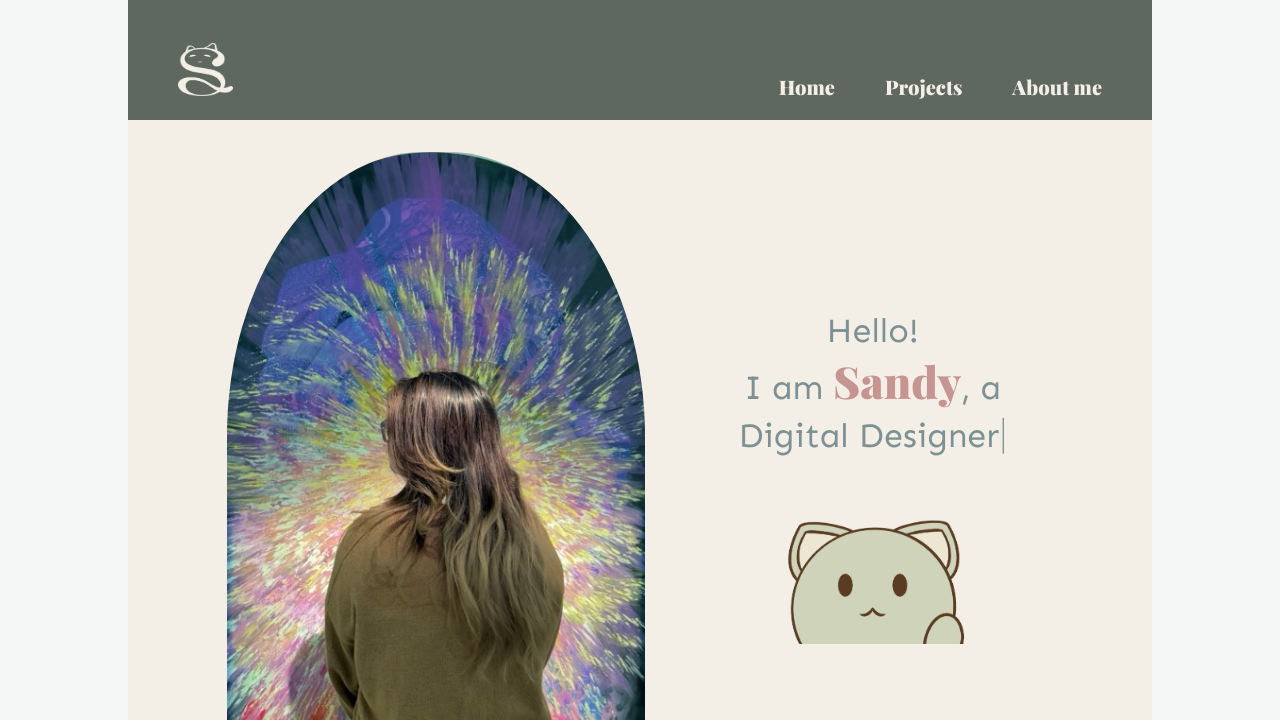
Repository: SandyLy453/portfolio
Page: /
These files come from the project's save history. The page is drawn as it stood at one moment and after the next save; the edit follows.
The browser window is 1280 px wide. The pictures show the whole page.
An inner scrolling area shows only its first screen. The project was rebuilt for these pictures with package versions that can differ from the ones it lists, and the page was loaded fresh each time. The framework's server and built-in components were replaced by stand-ins that run in the browser. Also part of the build but not shown: next.config.mjs, modules/Footer/Footer.module.css, modules/Footer/Footer.js, modules/ProjectCard/ProjectCard.module.css, modules/ProjectCard/Projectcard.js.

Above is the page before, as saved 2025-02-17 18:08:53.

### pages/_app.js
import { useEffect } from "react";
import { useRouter } from "next/router";
import { Playfair_Display, Sen } from 'next/font/google';
import '../styles/globals.css';

const playfairDisplay = Playfair_Display({
  weight: ['400', '900'],
  style: ['normal', 'italic'],
  subsets: ['latin'],
});

const sen = Sen({
  weight: ['400', '700', '800'],
  subsets: ['latin'],
});

export default function App({ Component, pageProps }) {

  const router = useRouter();

  useEffect(() => {
    const handleRouteChangeComplete = (url) => {
        if (url.startsWith("/projects")) {
            window.location.reload();
        } else if (url.startsWith("/project")) {
          window.location.reload();
        }
    };

    router.events.on("routeChangeComplete", handleRouteChangeComplete);

    return () => {
        router.events.off("routeChangeComplete", handleRouteChangeComplete);
    };
}, [router]);


  return (
    <main className={`${playfairDisplay.className} ${sen.className}`}>
      <Component {...pageProps} />
    </main>
  )
}

### pages/_document.js
import { Html, Head, Main, NextScript } from "next/document";


export default function Document() {
  return (
    <Html lang="en">
      <Head>
        <title>San San's Tea Room</title>
        <link rel="icon" href="/favicon.ico" />

        <link rel="preconnect" href="https://fonts.googleapis.com" />
        <link rel="preconnect" href="https://fonts.gstatic.com" crossorigin="anonymous" />
        <link
          href="https://fonts.googleapis.com/css2?family=Playfair+Display:wght@400;900&family=Sen:wght@400;700;800&display=swap"
          rel="stylesheet"
        />
      </Head>
      <body>
        <Main />
        <NextScript />
      </body>
    </Html>
  );
}

### pages/index.js
import Image from "next/image";
import Link from "next/link";
import styles from "@/styles/Home.module.css";
import { useState, useEffect } from "react";
import Header from "@/modules/Header/Header";
import Footer from "@/modules/Footer/Footer";
import ProjectCard from "@/modules/ProjectCard/Projectcard";
import ShowCase from "@/modules/ShowCase/ShowCase";

export default function Home() {

  const projects = [
    {
      photos: ["/aether-cover.png"],
      alt: "Aether cover",
      title: "Aether",
      description: "Case Study - A AI-powered form-filling app",
      date: "September 2024 - December 2024",
      link: "/projects/Aether",
    },
    {
      photos: ["/post1.png", "/post2.png", "/post3.png"],
      alt: "Poster slides show",
      title: "Poster design",
      description:
        "Product design - Series of posters based on the anime/ manga Detective Conan.",
      date: "December 2024",
      link: "/projects/Poster",
    },
    {
      photos: ["/can1.png", "/can2.png", "/can3.png"],
      alt: "Can design slide show",
      title: "DiLo Tea Can",
      description: "Product design - Tea Can",
      date: "November 2024",
      link: "/projects/CanDesign",
    },
    {
      photos: ["/mockup2.png"],
      alt: "Magazine cover",
      title: "Magazine",
      description: "Magazine design - An architectural magazine",
      date: "November 2024",
      link: "/projects/Magazine",
    },
    {
      photos: ["/clotho.png"],
      alt: "Clotho app",
      title: "Clotho",
      description: "Clotho - A closet organize app",
      date: "March 2024 - May 2024",
      link: "/projects/Clotho",
    },
    {
      photos: ["/cam.png"],
      alt: "Camera vector graphic",
      title: "Mechanical Object Vector Graphic",
      description: "Using vector to draw mechanical objects",
      date: "December 2023",
      link: "/projects/MechanicalObject",
    },
  ];

  const [visibleProjects, setVisibleProjects] = useState(6);

  const roles = ["UX/UI Designer", "Digital Designer", "Web Developer"];
  const [text, setText] = useState("");
  const [index, setIndex] = useState(0);
  const [charIndex, setCharIndex] = useState(0);
  const [deleting, setDeleting] = useState(false);

  useEffect(() => {
    const currentRole = roles[index];

    let timeout;

    if (deleting) {
      timeout = setTimeout(() => {
        setText(currentRole.substring(0, charIndex - 1));
        setCharIndex((prev) => prev - 1);
      }, 50);
    } else {
      timeout = setTimeout(() => {
        setText(currentRole.substring(0, charIndex + 1));
        setCharIndex((prev) => prev + 1);
      }, 100);
    }

    if (!deleting && charIndex === currentRole.length) {
      setTimeout(() => setDeleting(true), 1000);
    } else if (deleting && charIndex === 0) {
      setDeleting(false);
      setIndex((prevIndex) => (prevIndex + 1) % roles.length);
    }

    return () => clearTimeout(timeout);
  }, [charIndex, deleting, index, roles]);

  return (
    <>
      <Header/>

      <main className={styles.main}>
        <div className={styles.top}>
          <div className={styles.image}>
            <Image src={'/cover.jpeg'} alt="cover photo" className={styles.coverPhoto} width={300} height={420} />
          </div>

          <div className={styles.info}>
            <p className={styles.role}>Hello!</p>
            <p className={styles.role}>I am <span className={styles.name}>Sandy</span>, a</p>
            <p className={styles.role}>
              {text}
              <span className={styles.cursor}>|</span>
            </p>
            <Image src={'/hi.GIF'} alt="greeting gif" className={styles.gif} width={294} height={129} />
          </div>
        </div>

        <ShowCase/>

        <div className={styles.sectionBreaker}>
          <span> Let's connect! </span>
        </div>

        <div className={styles.connect}>
          <Link
            className={styles.link}
            href={"mailto:sandy.lyth453@gmail.com"}
            target="_blank"
          >
            <p className={styles.connectInfo}>Email</p>
          </Link>
          <Link
            className={styles.link}
            href={"https://www.instagram.com/sansan_lyth?igsh=MThxOTR1ZTlyY3R1dw%3D%3D&utm_source=qr"}
            target="_blank"
          >
            <p className={styles.connectInfo}>Instagram</p>
          </Link>
          <Link
            className={styles.link}
            href={"https://www.linkedin.com/in/boisan-sandy-ly/"}
            target="_blank"
          >
            <p className={styles.connectInfo}>LinkedIn</p>
          </Link>
          <Link
            className={styles.link}
            href={"/Sandy_Ly_Resume.pdf"}
            target="_blank"
          >
            <p className={styles.connectInfo}>Resume</p>
          </Link>
        </div>
      </main>

      <footer className={styles.footer}>
        <p className={styles.copyright}>© Made by Sandy Ly • 2025</p>
      </footer>
    </>
  );
}

### styles/globals.css
:root {
  --mauveMorn: #ecd6d6;
  --mauveShadow: #B59BA6;
  --moss: #5E7975;
  --brightWhite: #f5f7f6;
  --white: #fff;

  --spaBlue: #D3DEDF;
  --forest: #5E685E;
  --midnight: #3D4D55;
  --stormCloud: #676767;
  --cream: #f4EFE6;
  --cloud: #FEFCF6;
}

html,
body {
  padding: 0;
  margin: 0;
  background-color: #f5f7f6;
  width: 100vw;
  height: 100vh;
  overflow-x: hidden;
  scroll-behavior: auto;

  font-family: "Playfair Display", serif;
  font-optical-sizing: auto;
  color: var(--stormCloud);
  cursor: url('/hehe.webp') 16 16, auto;
}

header {
  margin: 0;
  padding: 0;
  box-sizing: border-box;
}

* {
  margin: 0;
  padding: 0;
  box-sizing: border-box; /* Reset styles for all elements */
}

h1, h2, h3, h4, h5, span {
  font-family: "Playfair Display", serif;
}

a, button {
  cursor: url('/haha.webp') 16 16, pointer;
}

### styles/Home.module.css
.page {
  margin: 0;
  padding: 0;
}

.main {
  min-height: 100vh;
  width: 70vw;
  margin: auto;
  margin-top: 0;
  margin-top: 120px;
}

.top {
  width: 100%;
  min-height: 480px;
  background-color: var(--cream);
  align-items: center;
  display: flex;
  flex-direction: row;
  padding: 0;
  flex-wrap: wrap;
  justify-content: center;
}

.coverPhoto {
  border-radius: 47% 47% 0 0;
  margin: 0 6rem;
  position: relative;
  bottom: -30px;
}

.info {
  text-align: center;
  margin-top: 100px;
  width: 30vw;
}

.name {
  font-size: 54px;
  color: #C69491;
  font-weight: 600;
  font-family: "Playfair Display", serif;
}

.role {
  font-size: 44px;
  color: #7D9094;
  font-weight: 500;
}

.loca {
  font-size: 20px;
  color: #7D9094;
  padding-top: 10px;
}

.gif {
  position: relative;
  bottom: -36px;
}

.sectionBreaker {
  display: flex;
  align-items: center;
  justify-content: center;
  margin: 40px 0;
  position: relative;
}

.sectionBreaker::before,
.sectionBreaker::after {
  content: "";
  flex: 1;
  height: 2px;
  background: #d3d3d3;
  margin: 0;
}

.sectionBreaker span {
  color: #7D9094;
  margin: 0 10px;
  font-size: 20px;
  font-style: italic;
}

.pjSection {
  display: flex;
  flex-direction: row;
  flex-wrap: wrap;
  justify-content:space-between;
  align-items: flex-start;
  margin: 0 auto;
  margin-bottom: 50px;
  gap: 1rem;
  max-width: 1350px;
}

.connect {
  margin-bottom: 200px;
}

.link {
  text-decoration: none;
  color: var(--mauveShadow);
  width: 100%;
  font-weight: 500;
}

.link:hover {
  color: var(--forest);
  font-weight: 900;
}

.connectInfo {
  font-size: 54px;
  margin: 20px 0;
  font-family: "Playfair Display", serif;
  position: relative;
  display: inline-block;
  padding: 10px 20px;
  text-decoration: none;
  width: 100%;
  overflow: hidden;
  transition: color 0.3s ease-in-out, font-weight 0.3s ease-in-out;
  font-weight: 500;
}

.connectInfo::before {
  content: "";
  position: absolute;
  top: 0;
  left: -100%;
  width: 100%;
  height: 100%;
  background: linear-gradient(to right, rgba(0, 0, 0, 0.1), rgba(0, 0, 0, 0.3));
  transition: left 0.4s ease-in-out;
  z-index: -1; /* Ensure background does not cover text */
}

/* Make background visible when hovering */
.connectInfo:hover::before,
.connectInfo:active::before {
  left: 0;
}

/* Text color and weight on hover */
.connectInfo:hover {
  color: var(--forest); /* Hover text color */
  font-weight: 900;
}

/* Arrow effect */
.connectInfo::after {
  content: " →";
  opacity: 0;
  position: absolute;
  right: 10px;
  top: 50%;
  transform: translateY(-50%);
  transition: opacity 0.3s ease-in-out, transform 0.3s ease-in-out;
  color: var(--forest);
}

.connectInfo:hover::after,
.connectInfo:active::after {
  opacity: 1;
  transform: translate(8px, -50%);
}


.footer {
  margin-bottom: 20px;
}

.copyright {
  text-align: center;
  font-style: italic;
  color: var(--forest);
  width: 100%;
}





@media screen and (max-width: 1460px) {
  .pjSection {
    gap: 20px;
  }

  .main {
    width: 80vw;
  }

  .top {
    min-height: 400px;
  }

  .coverPhoto {
    width: 90%;
    height: auto;
    margin: 0 0.7rem;
    bottom: -32px;
  }

  .info {
    margin-top: 50px;
  }

  .gif {
    bottom: -3.7rem;
  }

  .name {
    font-size: 44px;
  }

  .role {
    font-size: 34px;
  }

  .loca {
    font-size: 18px;
  }

  .pjSection {
    gap: 15px;
    justify-content: center;
  }
}



@media screen and (max-width: 768px) {
  .main {
    width: 100vw;
  }

  .coverPhoto {
    margin: 0 auto;
    bottom: -20px;
    width: 70vw;
    height: auto;
  }

  .info {
    margin-top: 50px;
    width: 90vw;
  }

  .name {
    font-size: 36px;
  }

  .role {
    font-size: 20px;
  }

  .loca {
    font-size: 18px;
  }

  .pjSection {
    gap: 15px;
    justify-content: center;
  }

  .gif {
    position: relative;
    bottom: -4px;
    margin-top: 10px;
  }
}

### modules/Header/Header.js
import Image from "next/image";
import Link from "next/link";
import styles from './Header.module.css';
import { useState, useRef } from "react";

export default function Header() {
    const audioRef = useRef(null);
    const [menuOpen, setMenuOpen] = useState(false);

    const playSound = () => {
        if (audioRef.current) {
            audioRef.current.currentTime = 0;
            audioRef.current.play().catch(error => console.log("Audio playback error:", error));
        }
    };

    return (
        <header className={`${styles.header} ${menuOpen ? styles.headerExpanded : ""}`}>
            {/* Logo */}
            <div className={styles.logoBox}>
                <Link href={'/'}>
                    <Image
                        src={'/logo.png'}
                        alt="logo"
                        className={styles.logo}
                        width={55}
                        height={53}
                        onMouseEnter={playSound}
                    />
                </Link>
            </div>

            <button className={styles.hamburger} onClick={() => setMenuOpen(!menuOpen)}>
                <Image
                    src={menuOpen ? "/menuOpen.png" : "/menuIcon.png"}
                    alt="Menu Toggle"
                    width={30}
                    height={21}
                />
            </button>

            <nav className={`${styles.menu} ${menuOpen ? styles.menuExpanded : ""}`}>
                <p className={styles.menuOption}><Link href={'/'} className={styles.link}>Home</Link></p>
                <p className={styles.menuOption}><Link href={'/project'} className={styles.link}>Projects</Link></p>
                <p className={styles.menuOption}><Link href={'/about'} className={styles.link}>About me</Link></p>
            </nav>

            <audio ref={audioRef} src="/cat.wav" preload="auto"></audio>
        </header>
    );
}

### modules/ShowCase/ShowCase.js
import Image from "next/image";
import { useState, useEffect, useRef } from "react";
import styles from './ShowCase.module.css';
import Link from "next/link";

export default function ShowCase() {
    const tags = ["Me", "UX/UI", "Graphic"];
    const images = {
        "Me": "/me.png",
        "UX/UI": "/uxui.png",
        "Graphic": "/3can.png",
    };
    const bigText = ["Sandy", "App Design", "Graphic Design"];
    const smallText = [
        "",
        "",
        ""
    ];
    const linkPath = ["/about", "/project", "/project"];
    const linkText = ["About Me →", "See More Project →", "See More Project →"];

    const [activeIndex, setActiveIndex] = useState(0);
    const [isFading, setIsFading] = useState(false);
    const [isPaused, setIsPaused] = useState(false);
    const intervalRef = useRef(null);

    const startLoop = () => {
        clearInterval(intervalRef.current);
        intervalRef.current = setInterval(() => {
            setIsFading(true);
            setTimeout(() => {
                setActiveIndex((prevIndex) => (prevIndex + 1) % tags.length);
                setIsFading(false);
            }, 500);
        }, 4000);
    };

    useEffect(() => {
        if (!isPaused) startLoop();
        return () => clearInterval(intervalRef.current);
    }, [isPaused]);

    const handlePause = (index) => {
        clearInterval(intervalRef.current);
        setIsPaused(true);
        setActiveIndex(index);
        setIsFading(false);
    };

    const handleResume = () => {
        setIsPaused(false);
    };

    return (
        <div className={styles.container}>
            <div className={styles.tagBox}>
                {tags.map((tag, index) => (
                    <div
                        key={tag}
                        className={`${styles.tag} ${activeIndex === index ? styles.active : ""}`}
                        onMouseEnter={() => handlePause(index)}
                        onMouseLeave={handleResume}
                        onTouchStart={() => handlePause(index)}
                        onTouchEnd={handleResume}
                    >
                        <p>{tag}</p>
                    </div>
                ))}
            </div>

            <div className={styles.right}>
                <div className={styles.photoBox}>
                    <Image
                        key={tags[activeIndex]}
                        src={images[tags[activeIndex]]}
                        alt={tags[activeIndex]}
                        width={600}
                        height={460}
                        className={`${styles.photo} ${isFading ? styles.fadeOut : styles.fadeIn}`}
                    />

                    <div className={styles.gradient}></div>
                    <div className={styles.text}>
                        <p className={styles.big}>{bigText[activeIndex]}</p>
                        <p className={styles.small}>{smallText[activeIndex]}</p>
                        <Link href={linkPath[activeIndex]} className={styles.littleLink}>
                            {linkText[activeIndex]}
                        </Link>
                    </div>
                </div>

                {/* <div className={styles.loadMoreContainer}>
                    <Link href="/project" passHref>
                        <button className={styles.loadMoreButton}>
                            More Projects
                        </button>
                    </Link>
                </div> */}
            </div>
        </div>
    );
}

### modules/Header/Header.module.css
.header {
    margin: 0 auto;
    width: 70vw;
    height: 120px;
    background-color: var(--forest);
    padding: 20px 50px;
    display: flex;
    flex-direction: row;
    justify-content: space-between;
    align-items: flex-end;
    position: fixed;
    right: 15vw;
    top: 0;
    z-index: 999;
    transition: height 0.3s ease-in-out;
}

.headerExpanded {
    min-height: 250px;
}

.menu {
    display: flex;
    flex-direction: row;
    gap: 50px;
    opacity: 1;
    transition: opacity 0.3s ease-in-out;
}

.menuExpanded {
    display: flex;
    flex-direction: column;
    align-items: flex-end;
    gap: 10px;
    width: 100%;
}


.menuOption {
    font-size: 20px;
    font-weight: 600;
}

.link {
    text-decoration: none;
    color: var(--cream);
    font-family: "Playfair Display", serif;
}

.link:hover {
    color: var(--midnight);
}

.hamburger {
    display: none;
    background: none;
    border: none;
    cursor: pointer;
}


@media screen and (max-width: 1460px) {
    .header {
        width: 80vw;
        right: 10vw;
    }
}

@media screen and (max-width: 768px) {
    .header {
        width: 100vw;
        min-height: 100px;
        right: 0;
        display: flex;
        flex-direction: row;
        align-items: center;
        justify-content: space-between;
        height: auto;
    }

    .hamburger {
        display: block;
        position: absolute;
        right: 20px;
        top: 40px;
        z-index: 10;
    }

    .logo {
        display: block;
        position: absolute;
        left: 20px;
        top: 20px;
        z-index: 10;
    }

    .menu {
        display: none;
        flex-direction: column;
        align-items: center;
        width: 100%;
        opacity: 0;
        transform: scaleY(0);
        transition: transform 0.3s ease-in-out, opacity 0.3s ease-in-out;
    }

    .menuExpanded {
        display: flex;
        opacity: 1;
        transform: scaleY(1);
    }

}

### modules/ShowCase/ShowCase.module.css
.container {
    margin: auto;
    margin-top: 50px;
    display: flex;
    flex-direction: row;
    justify-content: center;
    align-items: center;
    gap: 30px;
}

.tagBox {
    display: flex;
    justify-content: center;
    align-items: center;
    flex-direction: column;
}

.tag, .active {
    width: 100px;
    height: 100px;
    background-color: var(--cream);
    border-radius: 50%;
    display: flex;
    justify-content: center;
    align-items: center;
    margin: 10px;
    cursor: url('/haha.webp') 16 16, pointer;
    transition: background-color 0.3s ease-in-out, transform 0.2s ease-in-out;
}

.tag:hover, .active {
    background-color: var(--forest);
    transform: scale(1.05);
}

.tag p, .active p {
    color: var(--mauveShadow);
    opacity: 80%;
}

.tag:hover p, .active p {
    color: var(--mauveMorn);
    opacity: 100%;
}

.photoBox {
    width: 60vw;
    max-width: 1000px;
    aspect-ratio: 20 / 11;
    position: relative;
    display: flex;
    align-items: center;
    justify-content: center;
    overflow: hidden;
}

.photo {
    width: 100%;
    height: 100%;
    border-radius: 20px;
    object-fit: cover;
    position: absolute;
    transition: opacity 0.5s ease-in-out;
}

.fadeIn {
    opacity: 1;
}

.fadeOut {
    opacity: 0;
}

.loadMoreContainer {
    margin-top: 20px;
    display: flex;
    flex-direction: column;
    justify-content: flex-end;
    align-items: flex-end;
  }

  .loadMoreButton {
    height: 40px;
    width: 150px;
    background-color: var(--cream);
    color: var(--forest);
    border: 1px solid var(--forest);
    font-size: 18px;
    align-items: center;
    border-radius: 10px;
    margin-bottom: 50px;
  }

  .loadMoreButton:hover {
    background-color: var(--forest);
    color: var(--cream);
  }

  .gradient {
    position: absolute;
    top: 0;
    left: 0;
    width: 100%;
    height: 100%;
    background: linear-gradient(360deg, rgba(2,0,36,1) 0%, rgba(255,255,255,0) 55%);
    z-index: 2;
    pointer-events: none;
    border-radius: 20px;
}

.text {
    position: absolute;
    bottom: 0;
    right: 0;
    width: 100%;
    padding: 20px;
    color: white;
    z-index: 3;
    width: 50vw;
    max-width: 1000px;
    text-align: right;
}

.littleLink {
    text-decoration: underline;
    color: white;
    font-style: italic;
    margin: 20px 0;
}

.big {
    font-family: "Playfair Display", serif;
    font-size: 18px;
    margin: 15px 0;
    font-weight: 700;
}

.small {
    font-size: 15px;
    margin: 15px 0;
}

@media screen and (max-width: 1460px) {
    .container {
        flex-direction: column;
    }

    .tagBox {
        flex-direction: row;
    }

    .tag, .active {
        width: 70px;
        height: 70px;
    }

    .photoBox {
        width: 70vw;
    }

    .big {
        font-size: 16px;
    }

    .small,
    .littleLink {
        font-size: 12px;
    }
}

@media screen and (max-width: 768px) {
    .photoBox {
        width: 90vw;
    }

    .big {
        font-size: 12px;
    }

    .small,
    .littleLink {
        font-size: 10px;
    }
}

Loaded but not shown: pages/api/hello.js (common file)

After the next save:
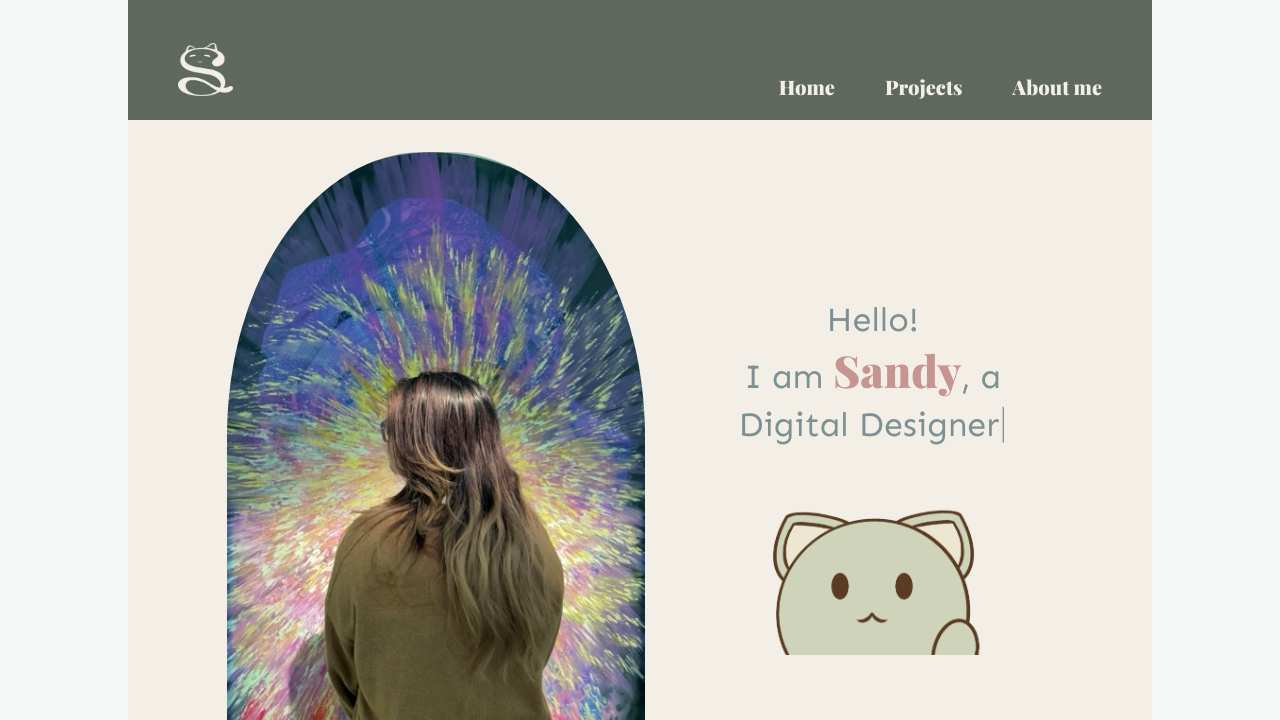
Saved 48 s later.
--- a/styles/Home.module.css
+++ b/styles/Home.module.css
@@ -210,6 +210,8 @@
 
   .gif {
     bottom: -3.7rem;
+    width: 90%;
+    height: auto;
   }
 
   .name {
